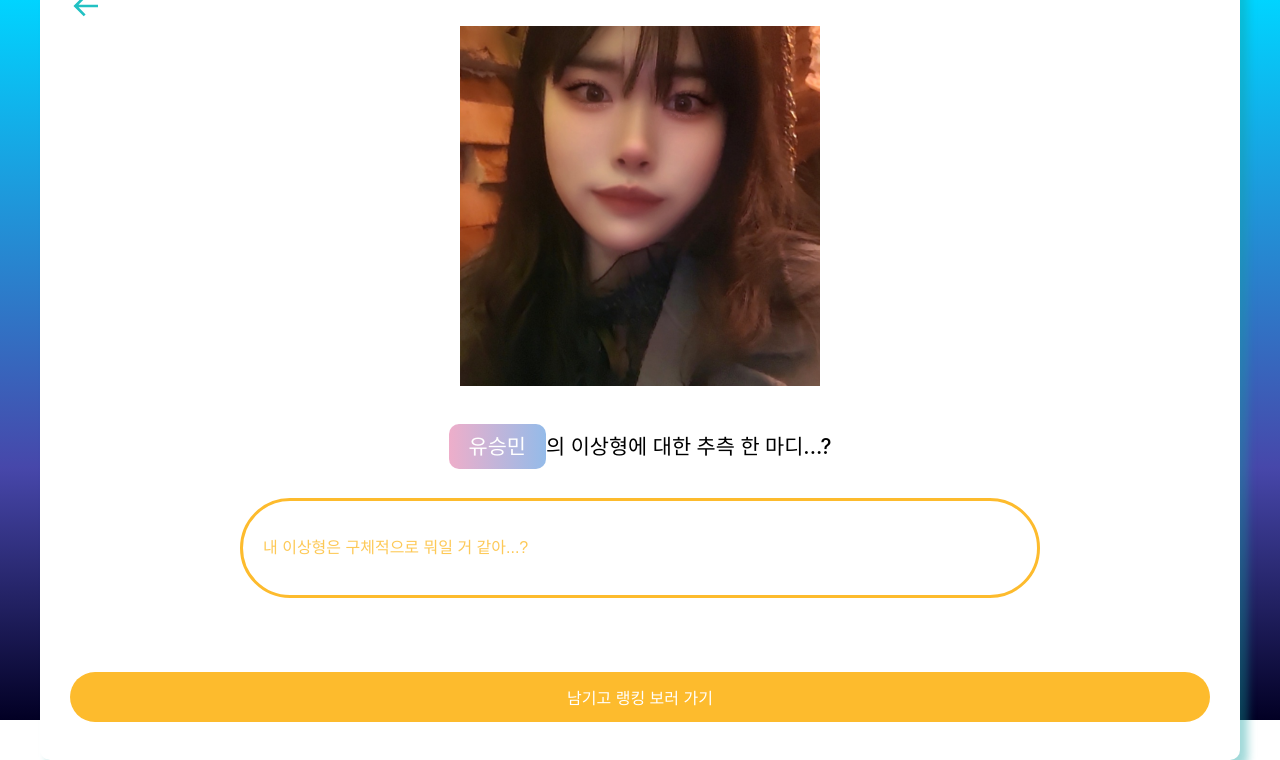
Repository: dnjfht/quiz3
Page: /message
The author's editor kept a copy of each file at every save. The page is drawn from the files as they stood at one save, then again after the next save.
The browser window is 1280 px wide. The pictures show the whole page.
The project was rebuilt for these pictures with package versions that can differ from the ones it lists, and the page was loaded fresh each time. Also part of the build but not shown: src/components/Start.js, src/components/Progress.js, src/components/Quiz.js, src/components/Score.js, src/components/Ranking.js, src/components/NotPage.js.

Above is the page before, as saved 2023-04-15 23:23:24.

### src/index.js
import React from "react";
import ReactDOM from "react-dom/client";
import "./index.css";
import App from "./App";
import reportWebVitals from "./reportWebVitals";
import { BrowserRouter } from "react-router-dom";
import { Provider } from "react-redux";
import store from "./redux/config/configStore";

const root = ReactDOM.createRoot(document.getElementById("root"));
root.render(
  <Provider store={store}>
    <BrowserRouter>
      <App />
    </BrowserRouter>
  </Provider>
);

// If you want to start measuring performance in your app, pass a function
// to log results (for example: reportWebVitals(console.log))
// or send to an analytics endpoint. Learn more: https://bit.ly/CRA-vitals
reportWebVitals();

### src/index.css
body {
  margin: 0;
  font-family: -apple-system, BlinkMacSystemFont, "Segoe UI", "Roboto", "Oxygen",
    "Ubuntu", "Cantarell", "Fira Sans", "Droid Sans", "Helvetica Neue",
    sans-serif;
  -webkit-font-smoothing: antialiased;
  -moz-osx-font-smoothing: grayscale;
}

code {
  font-family: source-code-pro, Menlo, Monaco, Consolas, "Courier New",
    monospace;
}

@font-face {
  font-family: "ddalgifont";
  src: url("./fonts/고령딸기체+TTF.ttf");
}

@font-face {
  font-family: "chabfont";
  src: url("./fonts/chab.ttf");
}

@font-face {
  font-family: "ddagfont";
  src: url("./fonts/ddag.ttf");
}

### src/App.js
import styled from "styled-components";
import Router from "./shared/Router";

const Wrap = styled.div`
  width: 100%;
  height: 100vh;
  background: rgb(2, 0, 36);
  background: linear-gradient(
    0deg,
    rgba(2, 0, 36, 1) 0%,
    rgba(71, 71, 170, 1) 35%,
    rgba(0, 212, 255, 1) 100%
  );

  position: relative;
`;

const ContentWrap = styled.div`
  width: 1200px;
  height: 800px;
  padding: 30px;
  box-sizing: border-box;
  background-color: white;
  border-radius: 10px;
  box-shadow: 8px 8px 8px rgba(21, 159, 161, 0.4);

  position: absolute;
  top: 50%;
  margin-top: -400px;
  left: 50%;
  margin-left: -600px;
`;

function App() {
  return (
    <Wrap>
      <ContentWrap>
        <Router />
      </ContentWrap>
    </Wrap>
  );
}

export default App;

### src/redux/config/configStore.js
import { combineReducers, createStore, applyMiddleware } from "redux";
import thunk from "redux-thunk";
import quiz from "../modules/quiz";
import rank from "../modules/rank";

const middlewares = [thunk];
// 미들웨어들도 하나로 묶어줘야 힘.

const rootReducer = combineReducers({
  quiz: quiz,
  rank: rank,
});

const enhancer = applyMiddleware(...middlewares);
// reducer 말고 옵셔널하게 추가하는 애들의 모음.
// 여기 미들웨어를 적용해 넣을 거임.

const store = createStore(rootReducer, enhancer);
export default store;

### src/shared/Router.js
import React from "react";
import { Routes, Route } from "react-router-dom";
import Start from "../components/Start";
import Quiz from "../components/Quiz";
import Score from "../components/Score";
import Message from "../components/Message";
import Ranking from "../components/Ranking";
import NotPage from "../components/NotPage";

export default function Router() {
  return (
    <>
      <Routes>
        <Route path="/" element={<Start />} />
        <Route path="/quiz" element={<Quiz />} />
        <Route path="/score" element={<Score />} />
        <Route path="/message" element={<Message />} />
        <Route path="/ranking" element={<Ranking />} />
        <Route path="*" element={<NotPage />} />
      </Routes>
    </>
  );
}

### src/redux/modules/quiz.js
// action value
const ADDUSERANSWER = "add_user_answer";
const RESETUSERANSWER = "reset_user_answer";

// action creator

export const AddUserAnswer = (payload) => {
  return {
    type: ADDUSERANSWER,
    payload: payload,
  };
};

export const ResetUserAnswer = (payload) => {
  return {
    type: RESETUSERANSWER,
    payload: payload,
  };
};

// initialState
const initialState = {
  name: "유승민",
  quiz_list: [
    {
      image: "assets/1.png",
      quiz: "승민의 mbti는 intj다?",
      answer: false,
    },
    {
      image: "assets/2.png",
      quiz: "승민은 공감을 잘해주는 사람을 좋아한다?",
      answer: true,
    },
    {
      image: "assets/3.png",
      quiz: "승민은 사람들이랑 대화하고 알아가는 것을 즐긴다?",
      answer: true,
    },
    {
      image: "assets/4.png",
      quiz: "승민은 자기개발하는걸 좋아한다?",
      answer: true,
    },
    {
      image: "assets/5.png",
      quiz: "승민의 관심있을 때 하는 행동은 선톡을 하는 것이다?",
      answer: true,
    },
    {
      image: "assets/6.png",
      quiz: "승민은 불같은 연애보다 서로 믿고 의지할 수 있는 연애를 선호한다?",
      answer: true,
    },
    {
      image: "assets/7.png",
      quiz: "승민은 계획을 세우고 차근차근 계획에 옮기는걸 선호한다?",
      answer: true,
    },
    {
      image: "assets/8.png",
      quiz: "승민은 놀이기구 타는 것을 좋아한다?",
      answer: false,
    },
    {
      image: "assets/9.png",
      quiz: "승민은 고1 때부터 흡연을 했다?",
      answer: false,
    },
    {
      image: "assets/10.png",
      quiz: "승민은 소개팅을 나간 적이 있다?",
      answer: false,
    },
    {
      image: "assets/11.png",
      quiz: "승민은 소개팅과 같은 인위적인 만남을 좋아한다?",
      answer: false,
    },
    {
      image: "assets/12.png",
      quiz: "승민은 연인과 갈등이 있을 때 대화로 푸는 것을 선호한다?",
      answer: true,
    },
    {
      image: "assets/13.png",
      quiz: "승민은 연애할 때 항상 상대방의 기분이 우선이다?",
      answer: true,
    },
    {
      image: "assets/14.png",
      quiz: "승민은 좋아하는 사람에게 선물주는 것을 좋아한다?",
      answer: true,
    },
    {
      image: "assets/15.png",
      quiz: "승민은 감수성이 풍부해서 슬픈 영화나 만화를 보고 잘 운다?",
      answer: true,
    },
    {
      image: "assets/16.png",
      quiz: "승민은 본래 무뚝뚝한 성격이다?",
      answer: true,
    },
    {
      image: "assets/17.png",
      quiz: "승민의 노래방 18번곡은 나비무덤이다?",
      answer: false,
    },
    {
      image: "assets/18.png",
      quiz: "승민은 핫플을 돌아다니면서 맛집 탐방을 하고 사진 찍는 데이트를 선호한다?",
      answer: true,
    },
    {
      image: "assets/19.png",
      quiz: "승민은 연애할 때 꽃이나 편지 받는걸 좋아한다?",
      answer: true,
    },
    {
      image: "assets/20.png",
      quiz: "승민은 번호를 따인 적이 있다?",
      answer: false,
    },
  ],
  user_answer: [],
  result_text: {
    40: "나랑 친하지 않은가보군?😑",
    60: "나랑 좀 더 친해져야겠다🙃",
    80: "내적 친밀감 80퍼센트!😎",
    100: "뭐야, 넌 내 소울메이트...!?💖",
  },
};

// reducer

const quiz = (state = initialState, action) => {
  switch (action.type) {
    case ADDUSERANSWER: {
      const newUserAnswer = [...state.user_answer, action.payload];
      return { ...state, user_answer: newUserAnswer };
    }
    case RESETUSERANSWER: {
      return { ...state, user_answer: [] };
    }
    default:
      return state;
  }
};

export default quiz;

### src/redux/modules/rank.js
import { db } from "../../firebase";
import {
  collection,
  getDocs,
  addDoc,
  doc,
  updateDoc,
  deleteDoc,
  getDoc,
} from "firebase/firestore";

// action value
const ADDUSERNAME = "add_user_name";
const GETRANK = "get_rank";
const ADDRANK = "add_rank";

// action creator
export const GetRank = (payload) => {
  return {
    type: GETRANK,
    payload: payload,
  };
};

export const AddUserName = (payload) => {
  return {
    type: ADDUSERNAME,
    payload: payload,
  };
};

export const AddRank = (payload) => {
  return {
    type: ADDRANK,
    payload: payload,
  };
};

export const loadQuizFB = () => {
  return async function (dispatch) {
    const quiz_data = await getDocs(collection(db, "quiz"));
    console.log(quiz_data);

    let quiz_list = [];

    quiz_data.forEach((doc) => {
      console.log(doc.data());
      quiz_list.push({ id: doc.id, ...doc.data() });
    });

    console.log(quiz_list);

    dispatch(GetRank(quiz_list));
  };
};

export const addQuizFB = (payload) => {
  return async function (dispatch) {
    const docRef = await addDoc(collection(db, "quiz"), payload);
    // const _quiz = await getDoc(docRef);
    // const quiz = { id: _quiz.id, ..._quiz.data() };
    // dispatch(AddRank(quiz));

    // 추가한 데이터 중 id를 가져와서 bucket_data 만들기.
    // const bucket_data = { id: docRef.id, ...payload };
    // // 마지막으로 액션 일으키기 (수정해달라고 요청)
    // dispatch(createWidget(bucket_data));
  };
};

// initialState
const initialState = {
  user_name: "",
  rank: [
    // { score: 100, name: "방가방가", comment: "다들 잘생겼다" },
    // { score: 40, name: "이하늘", comment: "너무 어려운데..." },
    // { score: 60, name: "오하요~!", comment: "잘 생긴 사람이 곧 이상형" },
  ],
};

// reducer
const rank = (state = initialState, action) => {
  switch (action.type) {
    case GETRANK: {
      console.log(action.payload);
      return { ...state, rank: action.payload };
    }
    case ADDUSERNAME: {
      return { ...state, user_name: action.payload };
    }
    case ADDRANK: {
      const new_rank_data = [...state.rank, action.payload];
      return { ...state, rank: new_rank_data };
    }
    default:
      return state;
  }
};
export default rank;

### src/components/Message.js
import React from "react";
import styled from "styled-components";
import { BiArrowBack } from "react-icons/bi";
import { useNavigate } from "react-router-dom";
import { useDispatch, useSelector } from "react-redux";
import { useRef } from "react";
import { AddRank, addQuizFB } from "../redux/modules/rank";

const Wrap = styled.div`
  width: 100%;
  height: 100%;
`;

const ContentWrap = styled.div`
  width: 100%;
  height: 94%;

  display: flex;
  flex-direction: column;
  align-items: center;
  justify-content: space-between;
`;

const ImgWrap = styled.img`
  width: 360px;
  height: 360px;
`;

const Title = styled.h1`
  margin-top: -20px;

  font-size: 1.3rem;
  font-weight: 500;

  & > span {
    padding: 10px 20px;
    background: rgb(238, 174, 202);
    background: linear-gradient(
      90deg,
      rgba(238, 174, 202, 1) 0%,
      rgba(148, 187, 233, 1) 100%
    );
    border-radius: 10px;

    color: white;
  }
`;

const CommentInput = styled.input`
  width: 800px;
  height: 100px;
  margin-top: -40px;
  padding: 20px;
  box-sizing: border-box;
  background-color: transparent;
  border: 3px solid rgb(253, 187, 45);
  border-radius: 50px;

  font-size: 1rem;
  color: rgba(0, 0, 0, 0.6);

  outline: none;

  transition: all 0.8s;

  &:focus {
    border: 3px solid rgb(34, 193, 195);
  }
  &::placeholder {
    color: rgba(253, 187, 45, 0.8);
  }
`;

const GoToRankingButton = styled.button`
  width: 100%;
  height: 50px;
  margin-top: 10px;
  background: rgb(253, 187, 45);
  border: none;
  border-radius: 30px;

  color: white;
  font-size: 1rem;

  transition: all 0.5s;

  &:hover {
    background: rgb(34, 193, 195);

    cursor: pointer;
  }
`;

export default function Message() {
  const navigate = useNavigate();
  const dispatch = useDispatch();

  const quiz_list = useSelector((state) => state.quiz.quiz_list);
  const user_answer = useSelector((state) => state.quiz.user_answer);
  const name = useSelector((state) => state.quiz.name);
  const user_name = useSelector((state) => state.rank.user_name);

  const random_number = Math.floor(Math.random() * 10);

  const commentInputRef = useRef(null);

  const _score =
    (100 / quiz_list.length) *
    user_answer.filter((answer, idx) => {
      return answer === quiz_list[idx].answer;
    }).length;

  const score = Math.floor(_score);

  const handleAddRankData = (event) => {
    event.preventDefault();

    const new_rank = {
      name: user_name,
      score: score,
      comment: commentInputRef.current.value,
      current: true,
    };

    dispatch(addQuizFB(new_rank));

    navigate("/ranking");
  };

  return (
    <Wrap>
      <BiArrowBack
        style={{ color: "rgb(34, 193, 195)", fontSize: "2rem" }}
        onClick={() => {
          navigate(-1);
        }}
      />
      <ContentWrap>
        <ImgWrap
          src={process.env.PUBLIC_URL + `${quiz_list[random_number].image}`}
        />

        <Title>
          <span>{name}</span>의 이상형에 대한 추측 한 마디...?
        </Title>

        <CommentInput
          type="text"
          placeholder="내 이상형은 구체적으로 뭐일 거 같아...?"
          ref={commentInputRef}
        />

        <GoToRankingButton onClick={handleAddRankData}>
          남기고 랭킹 보러 가기
        </GoToRankingButton>
      </ContentWrap>
    </Wrap>
  );
}

### src/firebase.js
// Import the functions you need from the SDKs you need
import { initializeApp } from "firebase/app";
import { getFirestore } from "firebase/firestore";
// TODO: Add SDKs for Firebase products that you want to use
// https://firebase.google.com/docs/web/setup#available-libraries

// Your web app's Firebase configuration
// For Firebase JS SDK v7.20.0 and later, measurementId is optional
const firebaseConfig = {
  apiKey: "AIzaSyAQCzx3TeRMhfQ14uI1xPuxKIeyOukr2zs",
  authDomain: "seungmin-s-quiz2.firebaseapp.com",
  projectId: "seungmin-s-quiz2",
  storageBucket: "seungmin-s-quiz2.appspot.com",
  messagingSenderId: "764474150624",
  appId: "1:764474150624:web:e3932df48db64f86c44a85",
  measurementId: "G-NK0EYYQQFF",
};

// Initialize Firebase
const app = initializeApp(firebaseConfig);
export const db = getFirestore(app);

Loaded but not shown: public/index.html (common file); src/reportWebVitals.js (common file)

After the next save:
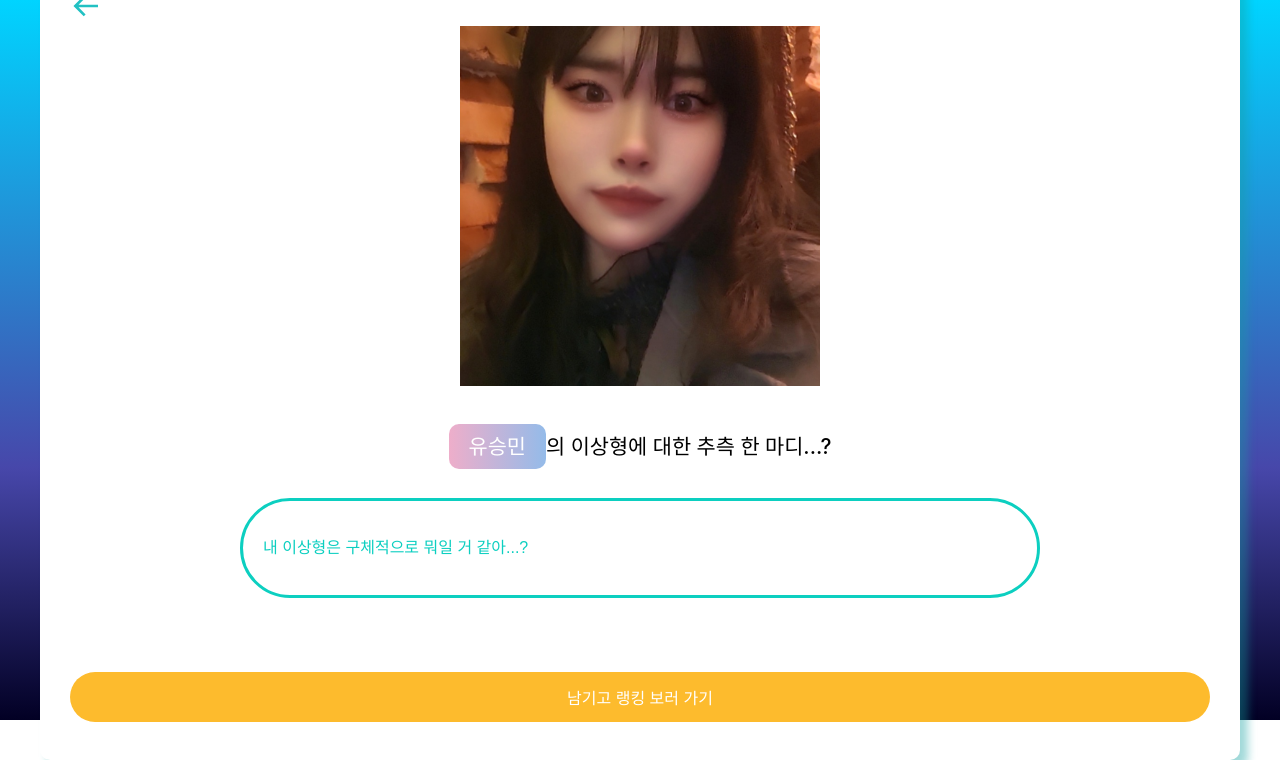
Saved 53 s later.
--- a/src/components/Message.js
+++ b/src/components/Message.js
@@ -53,7 +53,7 @@ const CommentInput = styled.input`
   padding: 20px;
   box-sizing: border-box;
   background-color: transparent;
-  border: 3px solid rgb(253, 187, 45);
+  border: 3px solid #0ccfc0;
   border-radius: 50px;
 
   font-size: 1rem;
@@ -67,7 +67,7 @@ const CommentInput = styled.input`
     border: 3px solid rgb(34, 193, 195);
   }
   &::placeholder {
-    color: rgba(253, 187, 45, 0.8);
+    color: #0ccfc0;
   }
 `;
 
